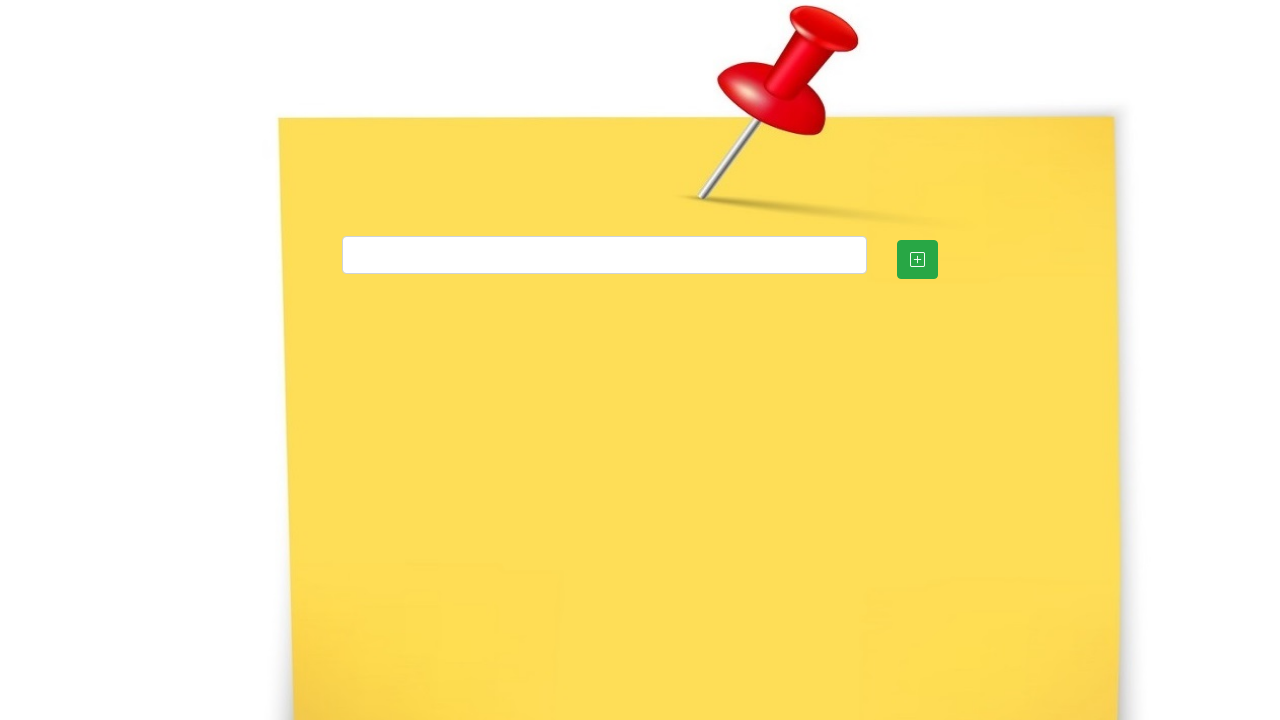
Repository: walaaElbasha/Todo-list-laravel
Page: http://localhost/tasks
An editor plug-in stored every save of this project. The page is shown before and after the next save, followed by the edit.
The browser window is 1280 px wide. The pictures show the whole page.
The page is served by the project's Laravel application, run on PHP 8.4 with Laravel 8. Style sheets and scripts are compiled from the project's sources, by tool versions that may differ from the author's. Queries for data that is not in the repository find no rows.

Above is the page before, as saved 2021-07-01 15:04:23.

After the next save:
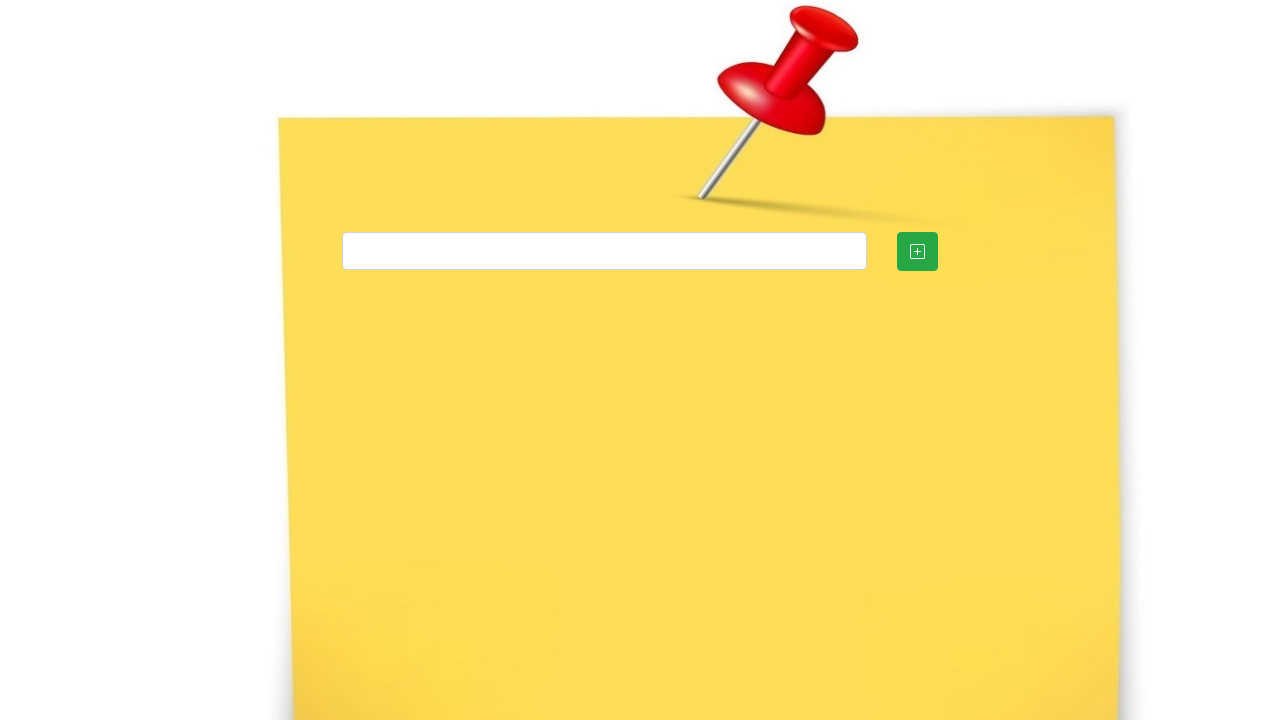
Saved 7 s later.
--- a/resources/views/tasks/index.blade.php
+++ b/resources/views/tasks/index.blade.php
@@ -76,7 +76,7 @@
 
                 <div class="form-group">
                     <div class="col-sm-offset-3 col-sm-6">
-                        <button type="submit" class="btn btn-success mt-4">
+                        <button type="submit" class="btn btn-success mt-3">
                             <span style="font-size:15px"><i class="bi bi-plus-square"></i> </span>
                         </button>
                     </div>
